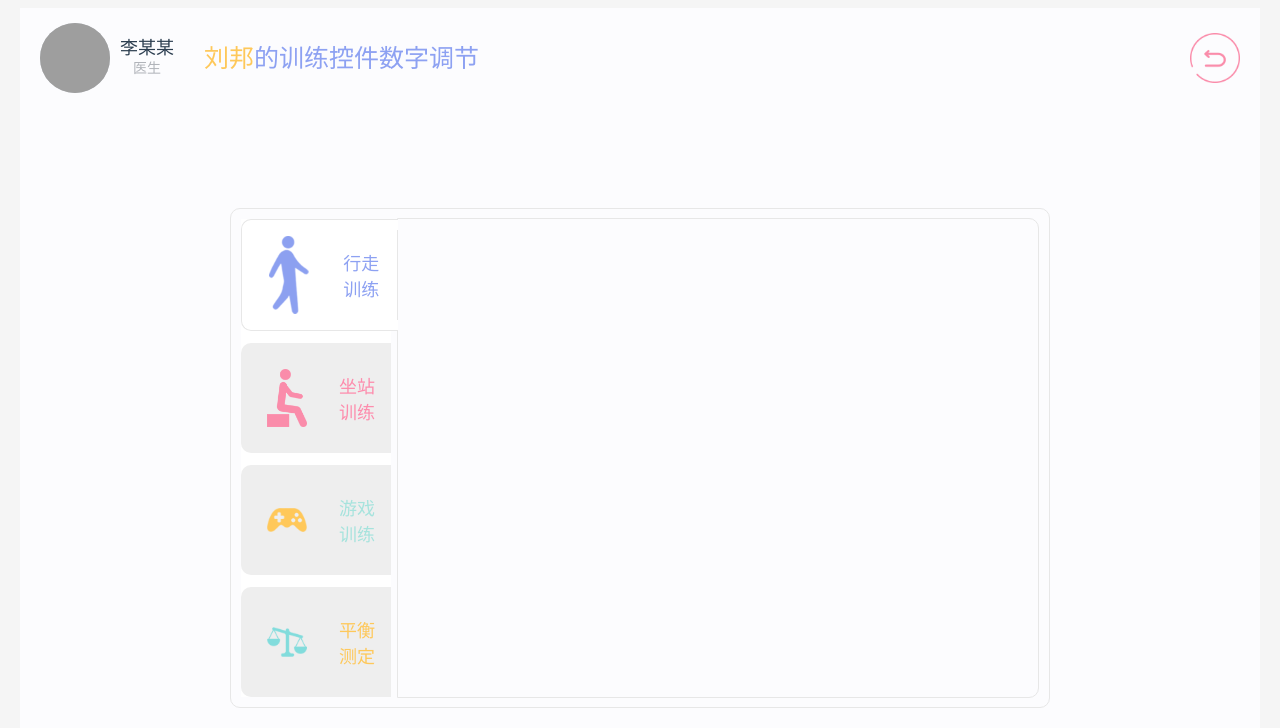
Repository: wangdanqing90/electron-vue-doctor
Page: /#/trainingAdjust
These files come from the project's save history. The page is drawn as it stood at one moment and after the next save; the edit follows.
The browser window is 1280 px wide. The pictures show the whole page.
Pictures or frames that could not be fetched are drawn as grey boxes. The project was rebuilt for these pictures with package versions that can differ from the ones it lists, and the page was loaded fresh each time. Also part of the build but not shown: vue.config.js, src/views/Home.vue, src/assets/styles/variable.scss, src/assets/styles/iconfont.css.

Above is the page before, as saved 2020-01-15 08:43:53.

After the next save:
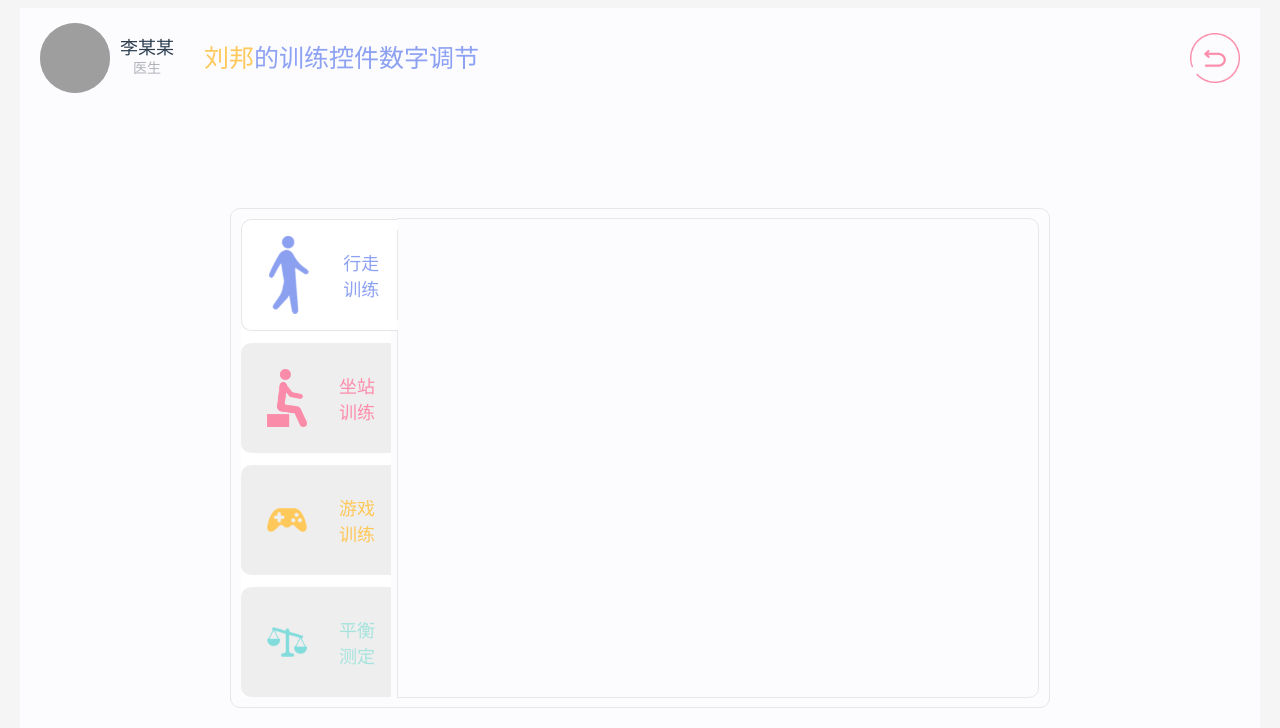
Saved 104 s later.
--- a/src/views/TrainingAdjust/TrainingAdjust.vue
+++ b/src/views/TrainingAdjust/TrainingAdjust.vue
@@ -71,14 +71,14 @@ export default {
           namebottom: "训练",
           id: 3,
           imgsrc: require("@/../images/gametraining.png"),
-          colorClass: "greenFontColor"
+          colorClass: "yellowFontColor"
         },
         {
           name: "平衡",
           namebottom: "测定",
           id: 4,
           imgsrc: require("@/../images/balancedetermination.png"),
-          colorClass: "yellowFontColor"
+          colorClass: "greenFontColor"
         }
       ]
     };
